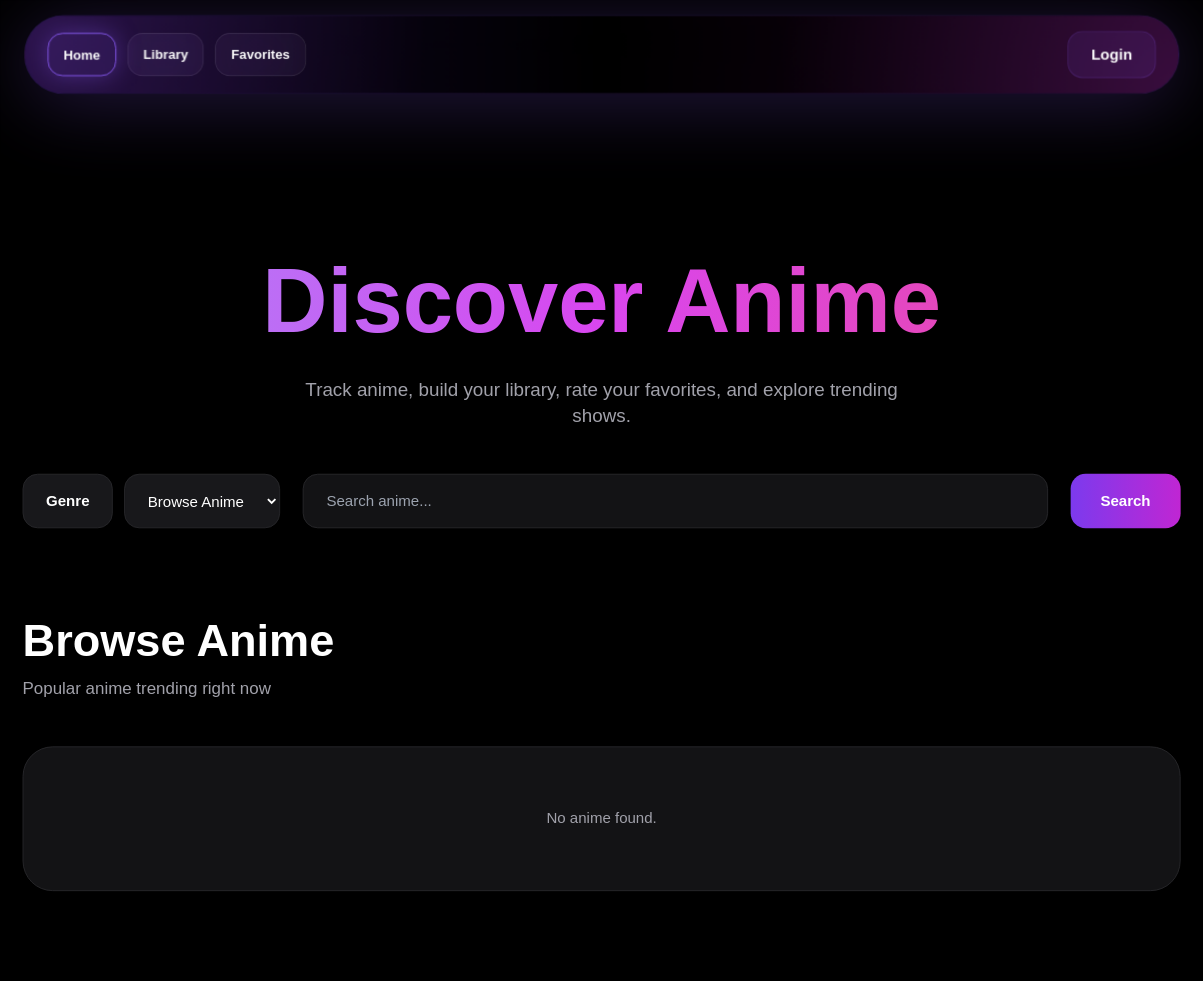
Repository: Maykal-Projects/Otakuflow
Page: /
An editor plug-in stored every save of this project. The page is shown before and after the next save, followed by the edit.
The browser window is 1280 px wide. The pictures show the whole page, at 94% of full size.
The page's requests for data from a server got no answer. The project was rebuilt for these pictures with package versions that can differ from the ones it lists, and the page was loaded fresh each time. The framework's server and built-in components were replaced by stand-ins that run in the browser. No one was signed in, and anything a server would have sent is missing. Also part of the build but not shown: next.config.ts, components/AnimeCard.tsx.

Above is the page before, as saved 2026-05-30 20:57:52.

After the next save:
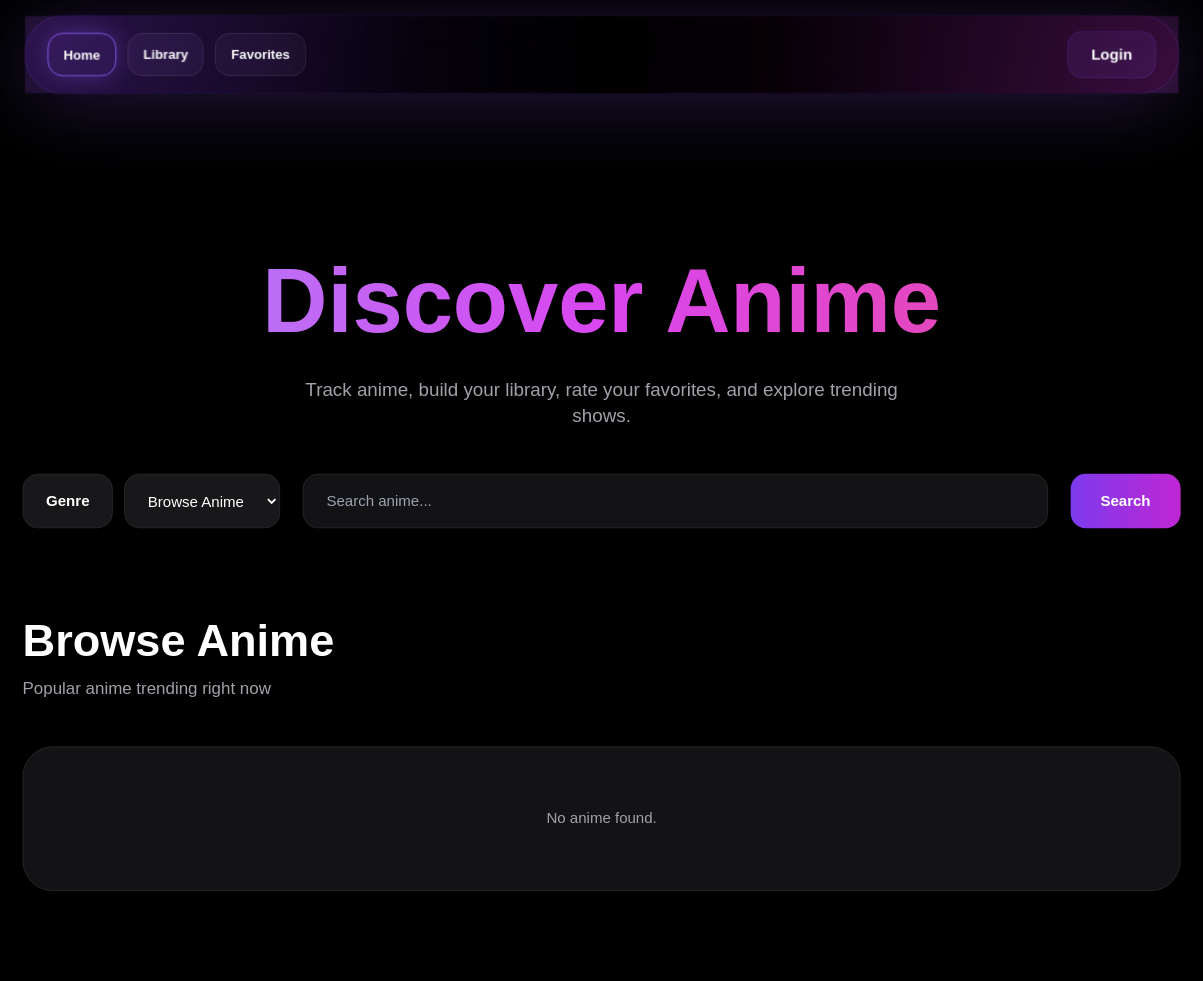
Saved 67 s later.
--- a/components/Navbar.tsx
+++ b/components/Navbar.tsx
@@ -72,9 +72,9 @@
 
   return (
 
-    <div className="absolute top-4 left-1/2 -translate-x-1/2 z-50 w-[96%] max-w-[1500px]">
-
-      <nav className="w-full overflow-hidden rounded-[999px] border border-violet-500/20 bg-gradient-to-r from-violet-950/40 via-black/30 to-fuchsia-950/30 backdrop-blur-3xl shadow-[0_10px_80px_rgba(139,92,246,0.25)] relative">
+    <div className="absolute top-4 left-1/2 -translate-x-1/2 z-50 w-[96%] max-w-[1500 px]">
+
+      <nav className="w-full overflow-visible rounded-[999px] border border-violet-500/20 bg-gradient-to-r from-violet-950/40 via-black/30 to-fuchsia-950/30 backdrop-blur-3xl shadow-[0_10px_80px_rgba(139,92,246,0.25)] relative">
 
         {/* GLOW */}
         <div className="absolute inset-0 pointer-events-none bg-[radial-gradient(circle_at_top_left,rgba(168,85,247,0.18),transparent_35%),radial-gradient(circle_at_bottom_right,rgba(217,70,239,0.18),transparent_35%)]" />

After the save that followed:
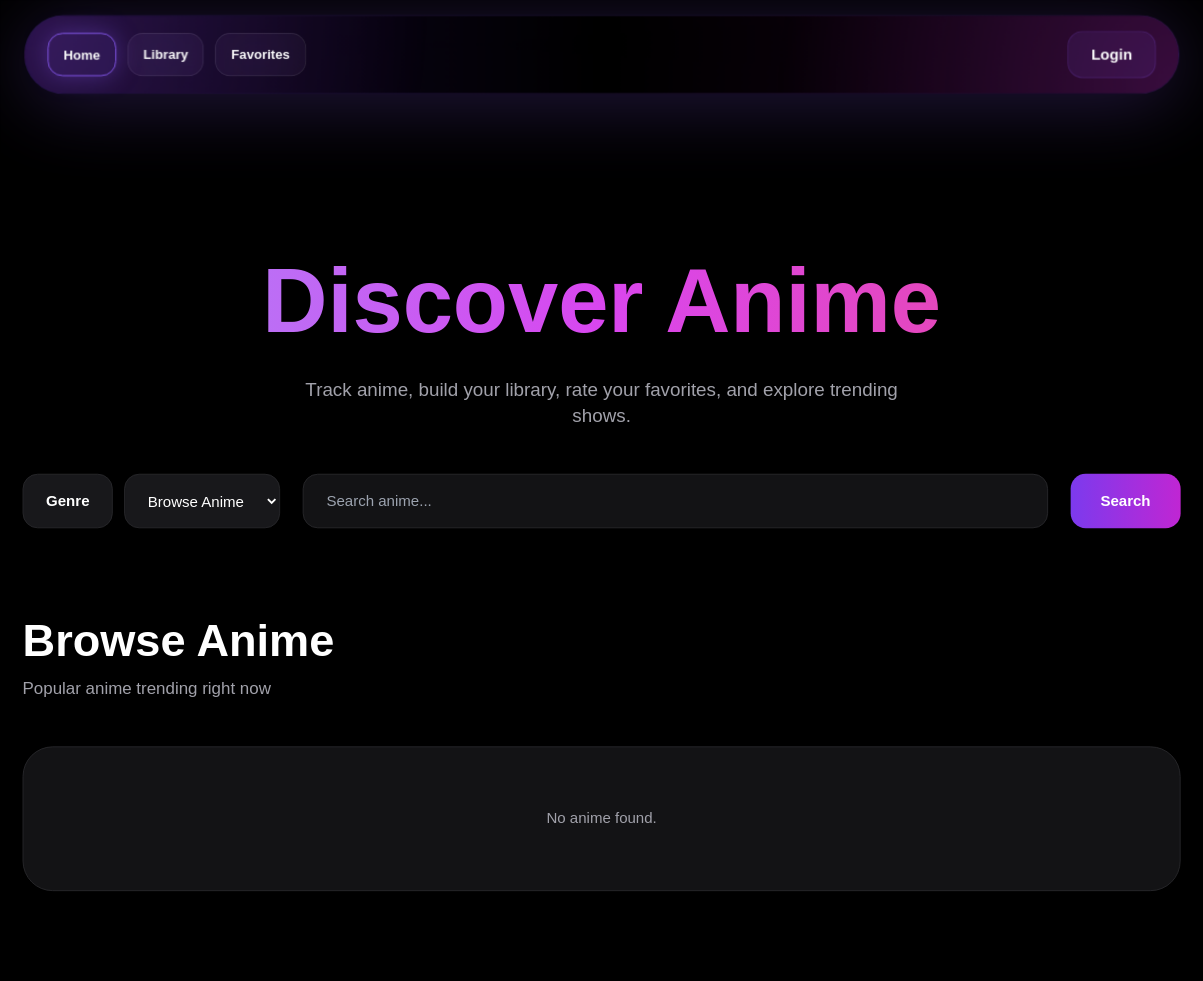
Saved 18 s later.
--- a/components/Navbar.tsx
+++ b/components/Navbar.tsx
@@ -77,7 +77,7 @@
       <nav className="w-full overflow-visible rounded-[999px] border border-violet-500/20 bg-gradient-to-r from-violet-950/40 via-black/30 to-fuchsia-950/30 backdrop-blur-3xl shadow-[0_10px_80px_rgba(139,92,246,0.25)] relative">
 
         {/* GLOW */}
-        <div className="absolute inset-0 pointer-events-none bg-[radial-gradient(circle_at_top_left,rgba(168,85,247,0.18),transparent_35%),radial-gradient(circle_at_bottom_right,rgba(217,70,239,0.18),transparent_35%)]" />
+        <div className="absolute inset-0 rounded-full overflow-hidden pointer-events-none bg-[radial-gradient(circle_at_top_left,rgba(168,85,247,0.18),transparent_35%),radial-gradient(circle_at_bottom_right,rgba(217,70,239,0.18),transparent_35%)]" />
 
         <div className="relative z-50 px-3 sm:px-6 py-3 sm:py-4 overflow-visible">
 
